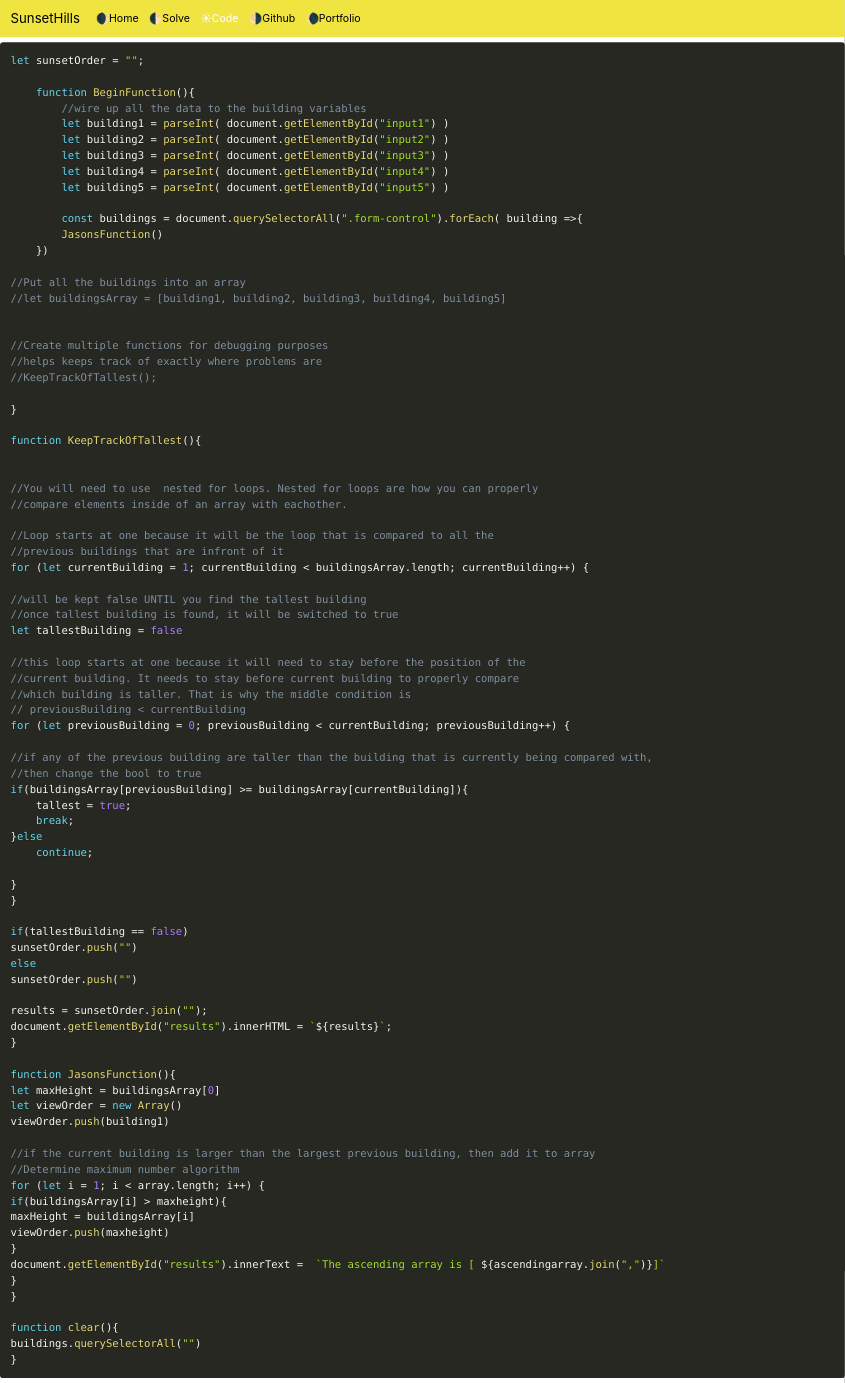
Repository: zhadjah9559/SunsetHills
Page: code.html
These files come from the project's save history. The page is drawn as it stood at one moment and after the next save; the edit follows.
The browser window is 1280 px wide. The pictures show the whole page, at 66% of full size.

Above is the page before, as saved 2021-01-14 17:19:37.

### code.html
<!doctype html>
<html lang="en">
  <head>
    <title>Title</title>
    <!-- Required meta tags -->
    <meta charset="utf-8">
    <meta name="viewport" content="width=device-width, initial-scale=1, shrink-to-fit=no">
    <meta http-equiv="X-UA-Compatible" content="ie=edge">
    <title>Fizz Buzz Coding Challenge (Implementing the Meta Strat</title>


    <!-- Bootstrap CSS -->
    <link rel="stylesheet" href="https://stackpath.bootstrapcdn.com/bootstrap/4.3.1/css/bootstrap.min.css" integrity="sha384-ggOyR0iXCbMQv3Xipma34MD+dH/1fQ784/j6cY/iJTQUOhcWr7x9JvoRxT2MZw1T" crossorigin="anonymous">
    <link rel="stylesheet" href="css/custom.css">
    <link rel="stylesheet" href="css/prism.css">

  </head>
  <body>
    <nav class="navbar navbar-expand-sm navbar-dark" style="background-color:  #F0E440;">
        <a class="navbar-brand" href="#">SunsetHills</a>
        <button class="navbar-toggler d-lg-none" type="button" data-toggle="collapse" data-target="#collapsibleNavId" aria-controls="collapsibleNavId"
            aria-expanded="false" aria-label="Toggle navigation"></button>
        <div class="collapse navbar-collapse" id="collapsibleNavId">
            <ul class="navbar-nav mr-auto mt-2 mt-lg-0">
                <li class="nav-item">
                    <a class="nav-link" href="index.html">🌒Home </a>
                </li>
                <li class="nav-item">
                    <a class="nav-link" href="solve.html">🌓Solve </a>
                </li>
                <li class="nav-item">
                    <a class="nav-link active" href="code.html">☀Code <span class="sr-only">(current)</span></a>
                </li>
                <li class="nav-item">
                    <a class="nav-link" target="_blank" href="https://github.com/zhadjah9559/SunsetHills">🌗Github</a>
                </li>
                <li class="nav-item">
                    <a class="nav-link" target="_blank" href="https://www.zacharyhadjah.netlify.app">🌘Portfolio</a>
                </li>
            </ul>
        </div>
    </nav>

    <pre class="language-javascript">
        <code class="line-numbers">
            let sunsetOrder = "";

    function BeginFunction(){
        //wire up all the data to the building variables
        let building1 = parseInt( document.getElementById("input1") )
        let building2 = parseInt( document.getElementById("input2") )
        let building3 = parseInt( document.getElementById("input3") )
        let building4 = parseInt( document.getElementById("input4") )
        let building5 = parseInt( document.getElementById("input5") )

        const buildings = document.querySelectorAll(".form-control").forEach( building =>{
        JasonsFunction()
    })

//Put all the buildings into an array
//let buildingsArray = [building1, building2, building3, building4, building5]


//Create multiple functions for debugging purposes
//helps keeps track of exactly where problems are
//KeepTrackOfTallest();

}

function KeepTrackOfTallest(){


//You will need to use  nested for loops. Nested for loops are how you can properly
//compare elements inside of an array with eachother.

//Loop starts at one because it will be the loop that is compared to all the
//previous buildings that are infront of it
for (let currentBuilding = 1; currentBuilding < buildingsArray.length; currentBuilding++) {

//will be kept false UNTIL you find the tallest building
//once tallest building is found, it will be switched to true
let tallestBuilding = false

//this loop starts at one because it will need to stay before the position of the
//current building. It needs to stay before current building to properly compare
//which building is taller. That is why the middle condition is
// previousBuilding < currentBuilding
for (let previousBuilding = 0; previousBuilding < currentBuilding; previousBuilding++) {

//if any of the previous building are taller than the building that is currently being compared with,
//then change the bool to true
if(buildingsArray[previousBuilding] >= buildingsArray[currentBuilding]){
    tallest = true;
    break;
}else
    continue;

}
}

if(tallestBuilding == false)
sunsetOrder.push("")
else
sunsetOrder.push("")

results = sunsetOrder.join("");
document.getElementById("results").innerHTML = `${results}`;
}

function JasonsFunction(){
let maxHeight = buildingsArray[0]
let viewOrder = new Array()
viewOrder.push(building1)

//if the current building is larger than the largest previous building, then add it to array
//Determine maximum number algorithm
for (let i = 1; i < array.length; i++) {
if(buildingsArray[i] > maxheight){
maxHeight = buildingsArray[i]
viewOrder.push(maxheight)
}
document.getElementById("results").innerText =  `The ascending array is [ ${ascendingarray.join(",")}]`
}
}

function clear(){
buildings.querySelectorAll("")
}
        </code>
    </pre>

    <!-- Optional JavaScript -->
    <!-- jQuery first, then Popper.js, then Bootstrap JS -->
    <script src="https://code.jquery.com/jquery-3.3.1.slim.min.js" integrity="sha384-q8i/X+965DzO0rT7abK41JStQIAqVgRVzpbzo5smXKp4YfRvH+8abtTE1Pi6jizo" crossorigin="anonymous"></script>
    <script src="https://cdnjs.cloudflare.com/ajax/libs/popper.js/1.14.7/umd/popper.min.js" integrity="sha384-UO2eT0CpHqdSJQ6hJty5KVphtPhzWj9WO1clHTMGa3JDZwrnQq4sF86dIHNDz0W1" crossorigin="anonymous"></script>
    <script src="https://stackpath.bootstrapcdn.com/bootstrap/4.3.1/js/bootstrap.min.js" integrity="sha384-JjSmVgyd0p3pXB1rRibZUAYoIIy6OrQ6VrjIEaFf/nJGzIxFDsf4x0xIM+B07jRM" crossorigin="anonymous"></script>
    <script src="js/custom.js"></script>
    <script src="js/prism.js"></script>

  </body>
</html>

### css/custom.css
.navbar-dark .navbar-nav .active>.nav-link{
    color:black;
}
.navbar-dark .navbar-nav .nav-link{
    color:black;
}
.navbar .navbar-brand{
    color:black;
}

.container {
    width:960px;
    height:640px;
    position:absolute;
    top:50%;
    left:50%;
    margin-top:-320px;
    margin-left:-480px;
}

### css/prism.css
/* PrismJS 1.23.0
https://prismjs.com/download.html#themes=prism-okaidia&languages=markup+css+clike+javascript&plugins=normalize-whitespace */
/**
 * okaidia theme for JavaScript, CSS and HTML
 * Loosely based on Monokai textmate theme by http://www.monokai.nl/
 * @author ocodia
 */

code[class*="language-"],
pre[class*="language-"] {
	color: #f8f8f2;
	background: none;
	text-shadow: 0 1px rgba(0, 0, 0, 0.3);
	font-family: Consolas, Monaco, 'Andale Mono', 'Ubuntu Mono', monospace;
	font-size: 1em;
	text-align: left;
	white-space: pre;
	word-spacing: normal;
	word-break: normal;
	word-wrap: normal;
	line-height: 1.5;

	-moz-tab-size: 4;
	-o-tab-size: 4;
	tab-size: 4;

	-webkit-hyphens: none;
	-moz-hyphens: none;
	-ms-hyphens: none;
	hyphens: none;
}

/* Code blocks */
pre[class*="language-"] {
	padding: 1em;
	margin: .5em 0;
	overflow: auto;
	border-radius: 0.3em;
}

:not(pre) > code[class*="language-"],
pre[class*="language-"] {
	background: #272822;
}

/* Inline code */
:not(pre) > code[class*="language-"] {
	padding: .1em;
	border-radius: .3em;
	white-space: normal;
}

.token.comment,
.token.prolog,
.token.doctype,
.token.cdata {
	color: #8292a2;
}

.token.punctuation {
	color: #f8f8f2;
}

.token.namespace {
	opacity: .7;
}

.token.property,
.token.tag,
.token.constant,
.token.symbol,
.token.deleted {
	color: #f92672;
}

.token.boolean,
.token.number {
	color: #ae81ff;
}

.token.selector,
.token.attr-name,
.token.string,
.token.char,
.token.builtin,
.token.inserted {
	color: #a6e22e;
}

.token.operator,
.token.entity,
.token.url,
.language-css .token.string,
.style .token.string,
.token.variable {
	color: #f8f8f2;
}

.token.atrule,
.token.attr-value,
.token.function,
.token.class-name {
	color: #e6db74;
}

.token.keyword {
	color: #66d9ef;
}

.token.regex,
.token.important {
	color: #fd971f;
}

.token.important,
.token.bold {
	font-weight: bold;
}
.token.italic {
	font-style: italic;
}

.token.entity {
	cursor: help;
}

### js/custom.js
let sunsetOrder = "";

function BeginFunction(){
    //wire up all the data to the building variables
    let building1 = parseInt( document.getElementById("input1") )
    let building2 = parseInt( document.getElementById("input2") )
    let building3 = parseInt( document.getElementById("input3") )
    let building4 = parseInt( document.getElementById("input4") )
    let building5 = parseInt( document.getElementById("input5") )

    const buildings = document.querySelectorAll(".form-control").forEach( building =>{
        JasonsFunction()
    })

     //Put all the buildings into an array
     //let buildingsArray = [building1, building2, building3, building4, building5]


    //Create multiple functions for debugging purposes
    //helps keeps track of exactly where problems are
    //KeepTrackOfTallest();

}

function KeepTrackOfTallest(){


    //You will need to use  nested for loops. Nested for loops are how you can properly
    //compare elements inside of an array with eachother.

    //Loop starts at one because it will be the loop that is compared to all the
    //previous buildings that are infront of it
    for (let currentBuilding = 1; currentBuilding < buildingsArray.length; currentBuilding++) {

        //will be kept false UNTIL you find the tallest building
        //once tallest building is found, it will be switched to true
        let tallestBuilding = false

        //this loop starts at one because it will need to stay before the position of the
        //current building. It needs to stay before current building to properly compare
        //which building is taller. That is why the middle condition is
        // previousBuilding < currentBuilding
        for (let previousBuilding = 0; previousBuilding < currentBuilding; previousBuilding++) {

            //if any of the previous building are taller than the building that is currently being compared with,
            //then change the bool to true
            if(buildingsArray[previousBuilding] >= buildingsArray[currentBuilding]){
                tallest = true;
                break;
            }else
                continue;

        }
    }

    if(tallestBuilding == false)
        sunsetOrder.push("")
    else
        sunsetOrder.push("")

    results = sunsetOrder.join("");
    document.getElementById("results").innerHTML = `${results}`;
}

function JasonsFunction(){
    let maxHeight = buildingsArray[0]
    let viewOrder = new Array()
    viewOrder.push(building1)

    //if the current building is larger than the largest previous building, then add it to array
    //Determine maximum number algorithm
    for (let i = 1; i < array.length; i++) {
        if(buildingsArray[i] > maxheight){
            maxHeight = buildingsArray[i]
            viewOrder.push(maxheight)
        }
        document.getElementById("results").innerText =  `The ascending array is [ ${ascendingarray.join(",")}]`
    }
}

function clear(){
    buildings.querySelectorAll("")
}

Loaded but not shown: js/prism.js (library)

After the next save:
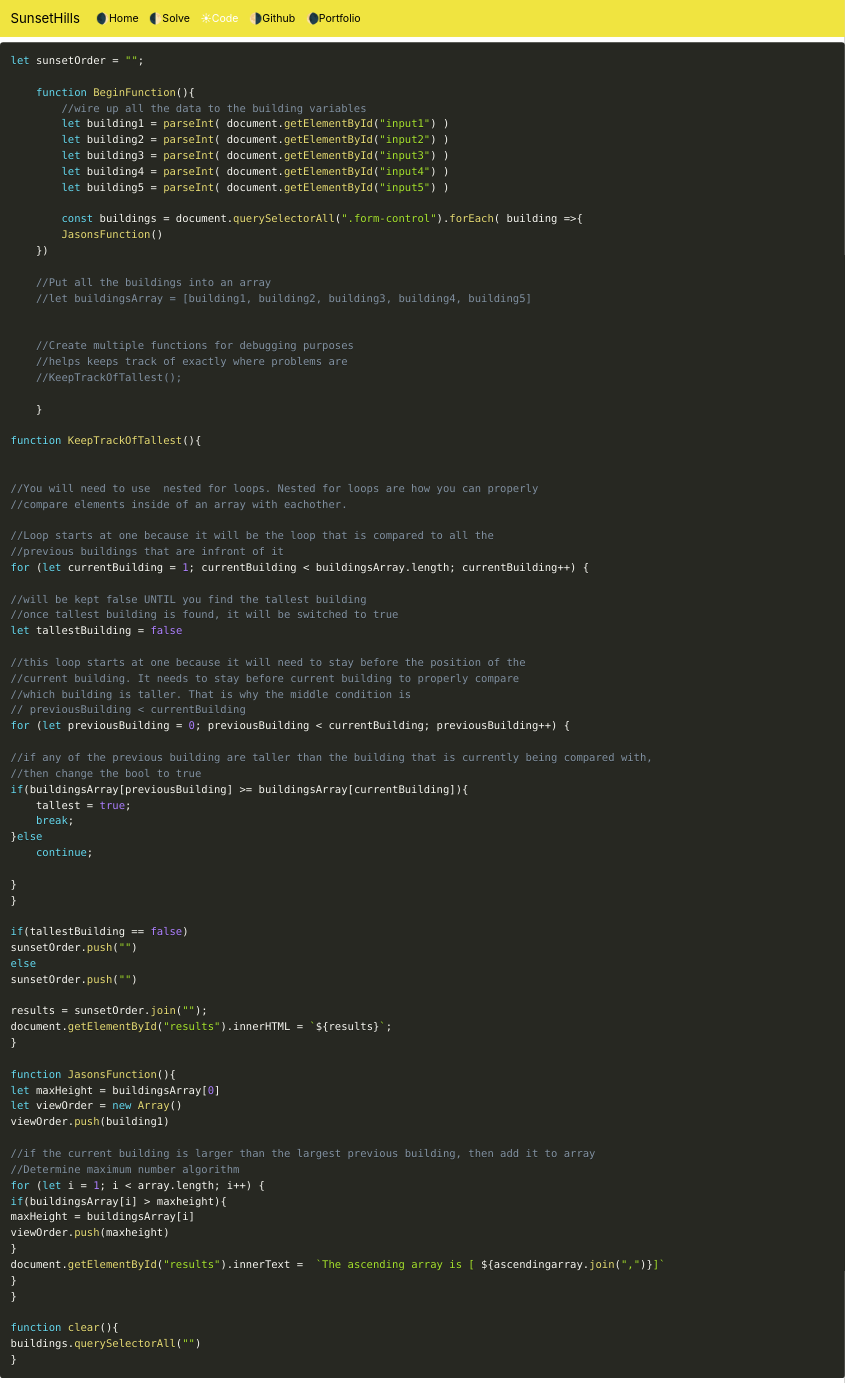
Saved 16 s later.
--- a/code.html
+++ b/code.html
@@ -57,15 +57,15 @@
         JasonsFunction()
     })
 
-//Put all the buildings into an array
-//let buildingsArray = [building1, building2, building3, building4, building5]
+    //Put all the buildings into an array
+    //let buildingsArray = [building1, building2, building3, building4, building5]
 
 
-//Create multiple functions for debugging purposes
-//helps keeps track of exactly where problems are
-//KeepTrackOfTallest();
+    //Create multiple functions for debugging purposes
+    //helps keeps track of exactly where problems are
+    //KeepTrackOfTallest();
 
-}
+    }
 
 function KeepTrackOfTallest(){
 
